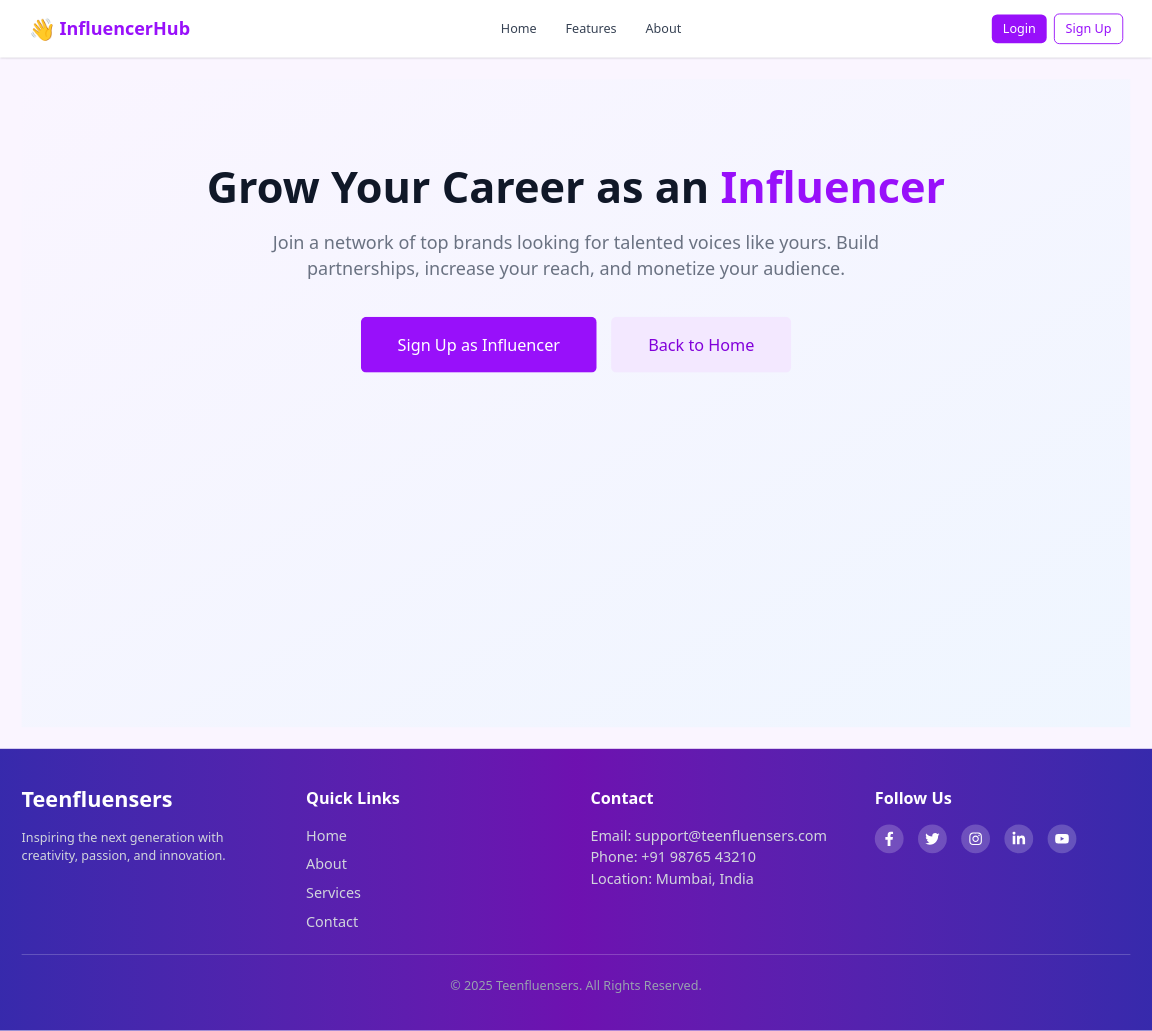
Repository: dhanbyte/teenfluencer
Page: /influencerhome
The author's editor kept a copy of each file at every save. The page is drawn from the files as they stood at one save, then again after the next save.
The browser window is 1280 px wide. The pictures show the whole page, at 90% of full size.
The page's requests for data from a server got no answer. The project was rebuilt for these pictures with package versions that can differ from the ones it lists, and the page was loaded fresh each time. Some packages were replaced by stand-ins written for this rebuild. The framework's server and built-in components were replaced by stand-ins that run in the browser. No one was signed in, and anything a server would have sent is missing. Also part of the build but not shown: next.config.ts.

Above is the page before, as saved 2025-08-13 00:22:55.

### app/layout.tsx
// app/layout.tsx
import { ClerkProvider } from '@clerk/nextjs'
import './globals.css'
import PublicNavbar from '@/Components/Public/Public-navbar'
import Footer from '@/Components/Public/Footer'

export default function RootLayout({
  children,
}: {
  children: React.ReactNode
}) {
  return (
    <ClerkProvider>
      <html lang="en">
        <PublicNavbar />
        <body>{children}</body>
        <Footer />
      </html>
    </ClerkProvider>
  )
}

### app/(influencer)/layout.tsx
// app/influencer/layout.tsx
import React from "react";
import { ClerkProvider } from "@clerk/nextjs";
import "../(public)/globals.css";
export default function InfluencerLayout({ children }: { children: React.ReactNode }) {
  return (
    <html lang="en">

      <body className="min-h-screen flex flex-col bg-purple-50">

        <main className="flex-1 p-6"> <ClerkProvider>{children}</ClerkProvider></main>
      </body>
    </html>
  );
}

### app/(influencer)/(Pages)/influencerhome/page.tsx
"use client";
import { useUser, useClerk } from '@clerk/nextjs';
import { useRouter } from 'next/navigation';
import Link from "next/link";

function InfluencerHomePage() {
  const { isSignedIn, user } = useUser();
  const { openSignUp } = useClerk();
  const router = useRouter();

  const handleSignUpClick = () => {
    if (isSignedIn) {
      router.push('/influencer');
    } else {
      openSignUp({
        afterSignUpUrl: '/influencer',
        afterSignInUrl: '/influencer'
      });
    }
  };

  if (!isSignedIn) {
    return (
      <div className="min-h-screen bg-gradient-to-br from-purple-50 to-blue-50">
        <div className="max-w-7xl mx-auto px-4 sm:px-6 lg:px-8 py-16 md:py-24">
          <div className="text-center">
            <h1 className="text-4xl md:text-5xl font-bold text-gray-900 mb-6">
              Grow Your Career as an <span className="text-purple-600">Influencer</span>
            </h1>
            <p className="mt-3 max-w-md mx-auto text-lg text-gray-500 sm:text-xl md:mt-5 md:max-w-3xl">
              Join a network of top brands looking for talented voices like yours.
              Build partnerships, increase your reach, and monetize your audience.
            </p>
            <div className="mt-10 flex flex-col sm:flex-row justify-center gap-4">
              <button
                onClick={handleSignUpClick}
                className="px-8 py-3 border border-transparent text-base font-medium rounded-md text-white bg-purple-600 hover:bg-purple-700 md:py-4 md:text-lg md:px-10"
              >
                {isSignedIn ? 'Go to Dashboard' : 'Sign Up as Influencer'}
              </button>
              <Link
                href="/"
                className="px-8 py-3 border border-transparent text-base font-medium rounded-md text-purple-700 bg-purple-100 hover:bg-purple-200 md:py-4 md:text-lg md:px-10"
              >
                Back to Home
              </Link>
            </div>
          </div>
        </div>
      </div>
    );
  }

  // For signed-in users
  return (
    <div className="min-h-screen bg-gradient-to-br from-purple-50 to-blue-50">
      <div className="max-w-7xl mx-auto px-4 sm:px-6 lg:px-8 py-8">


        <div className="text-center mt-10">
          <h1 className="text-4xl md:text-5xl font-bold text-gray-900 mb-6">
            Welcome, <span className="text-purple-600">{user?.firstName || 'Influencer'}</span>
          </h1>
          <p className="mt-3 max-w-md mx-auto text-lg text-gray-500 sm:text-xl md:mt-5 md:max-w-3xl">
            Ready to find your next brand partnership?
          </p>

          <div className="mt-16 grid gap-8 md:grid-cols-3">
            {/* Dashboard Cards */}
            <div className="bg-white p-6 rounded-lg shadow-md hover:shadow-lg transition-shadow">
              <h3 className="text-xl font-semibold mb-3">Your Profile</h3>
              <p className="text-gray-600 mb-4">
                Complete your profile to get more brand deals
              </p>
              <Link
                href="/influencer/profile"
                className="text-purple-600 hover:text-purple-800 font-medium"
              >
                Edit Profile →
              </Link>
            </div>

            <div className="bg-white p-6 rounded-lg shadow-md hover:shadow-lg transition-shadow">
              <h3 className="text-xl font-semibold mb-3">Available Campaigns</h3>
              <p className="text-gray-600 mb-4">
                Browse brand campaigns looking for influencers
              </p>
              <Link
                href="/influencer/campaigns"
                className="text-purple-600 hover:text-purple-800 font-medium"
              >
                View Campaigns →
              </Link>
            </div>

            <div className="bg-white p-6 rounded-lg shadow-md hover:shadow-lg transition-shadow">
              <h3 className="text-xl font-semibold mb-3">Your Analytics</h3>
              <p className="text-gray-600 mb-4">
                Track your performance and earnings
              </p>
              <Link
                href="/influencer/analytics"
                className="text-purple-600 hover:text-purple-800 font-medium"
              >
                View Analytics →
              </Link>
            </div>
          </div>
        </div>
      </div>
    </div>
  );
}

export default InfluencerHomePage;

### Components/Public/Public-navbar.tsx
"use client";
import Link from "next/link";
import { useState } from "react";
import { FaBars, FaTimes } from "react-icons/fa";

export default function PublicNavbar() {
  const [isOpen, setIsOpen] = useState(false);

  return (
    <nav className="bg-white shadow-sm sticky top-0 z-50">
      <div className="max-w-7xl mx-auto px-4 sm:px-6 lg:px-8">
        <div className="flex justify-between h-16 items-center">
          {/* Logo/Title - Shows icon on small screens */}
          <div className="flex-shrink-0 flex items-center">
            <Link href="/" className="flex items-center">
              <span className="text-2xl mr-1">👋</span>
              <span className="hidden sm:inline text-xl font-bold text-purple-600">
                InfluencerHub
              </span>
            </Link>
          </div>

          {/* Desktop Navigation - hidden on mobile */}
          <div className="hidden md:flex items-center space-x-2">
            <Link
              href="home"
              className="px-3 py-2 text-sm font-medium text-gray-700 hover:text-purple-600"
            >
              Home
            </Link>
            <Link
              href="services"
              className="px-3 py-2 text-sm font-medium text-gray-700 hover:text-purple-600"
            >
              Features
            </Link>
            <Link
              href="about"
              className="px-3 py-2 text-sm font-medium text-gray-700 hover:text-purple-600"
            >
              About
            </Link>
          </div>

          {/* Auth Buttons - changes size based on screen */}
          <div className="hidden md:flex items-center space-x-2">
            <button className="px-3 py-1.5 text-xs sm:text-sm font-medium rounded-md text-white bg-purple-600 hover:bg-purple-700">
              Login
            </button>
            <button className="px-3 py-1.5 text-xs sm:text-sm font-medium rounded-md text-purple-600 border border-purple-600 hover:bg-purple-50">
              Sign Up
            </button>
          </div>

          {/* Mobile menu button - shows only on mobile */}
          <div className="md:hidden flex items-center">
            <button
              onClick={() => setIsOpen(!isOpen)}
              className="inline-flex items-center justify-center p-2 rounded-md text-gray-700 hover:text-purple-600 focus:outline-none"
            >
              {isOpen ? (
                <FaTimes className="h-5 w-5" />
              ) : (
                <FaBars className="h-5 w-5" />
              )}
            </button>
          </div>
        </div>
      </div>

      {/* Mobile menu - shows when hamburger is clicked */}
      <div className={`md:hidden ${isOpen ? "block" : "hidden"} bg-white pb-3`}>
        <div className="px-2 pt-2 space-y-1">
          <Link
            href="home"
            className="block px-3 py-2 rounded-md text-base font-medium text-gray-700 hover:text-purple-600 hover:bg-purple-50"
          >
            Home
          </Link>
          <Link
            href="services"
            className="block px-3 py-2 rounded-md text-base font-medium text-gray-700 hover:text-purple-600 hover:bg-purple-50"
          >
            Features
          </Link>
          <Link
            href="about"
            className="block px-3 py-2 rounded-md text-base font-medium text-gray-700 hover:text-purple-600 hover:bg-purple-50"
          >
            About
          </Link>
        </div>
        <div className="px-2 pt-2 space-y-1">
          <button className="w-full px-3 py-2 rounded-md text-base font-medium text-white bg-purple-600 hover:bg-purple-700">
            Login
          </button>
          <button className="w-full px-3 py-2 rounded-md text-base font-medium text-purple-600 border border-purple-600 hover:bg-purple-50">
            Sign Up
          </button>
        </div>
      </div>
    </nav>
  );
}

### Components/Public/Footer.tsx
/* eslint-disable @next/next/no-html-link-for-pages */
import { FaFacebookF, FaTwitter, FaInstagram, FaLinkedinIn, FaYoutube } from "react-icons/fa";

export default function Footer() {
  return (
    <footer className="bg-gradient-to-r from-indigo-800 via-purple-800 to-indigo-800 text-white">
      <div className="max-w-7xl mx-auto px-6 py-10">

        {/* Top Section */}
        <div className="grid grid-cols-1 md:grid-cols-4 gap-8">

          {/* Brand Info */}
          <div>
            <h2 className="text-2xl font-bold mb-4">Teenfluensers</h2>
            <p className="text-sm text-gray-300">
              Inspiring the next generation with creativity, passion, and innovation.
            </p>
          </div>

          {/* Quick Links */}
          <div>
            <h3 className="text-lg font-semibold mb-4">Quick Links</h3>
            <ul className="space-y-2 text-gray-300">
              <li><a href="/" className="hover:text-white transition">Home</a></li>
              <li><a href="/about" className="hover:text-white transition">About</a></li>
              <li><a href="/services" className="hover:text-white transition">Services</a></li>
              <li><a href="/contact" className="hover:text-white transition">Contact</a></li>
            </ul>
          </div>

          {/* Contact Info */}
          <div>
            <h3 className="text-lg font-semibold mb-4">Contact</h3>
            <p className="text-gray-300">Email: support@teenfluensers.com</p>
            <p className="text-gray-300">Phone: +91 98765 43210</p>
            <p className="text-gray-300">Location: Mumbai, India</p>
          </div>

          {/* Social Media */}
          <div>
            <h3 className="text-lg font-semibold mb-4">Follow Us</h3>
            <div className="flex space-x-4">
              <a href="#" className="p-2 bg-white/20 rounded-full hover:bg-white/30 transition">
                <FaFacebookF />
              </a>
              <a href="#" className="p-2 bg-white/20 rounded-full hover:bg-white/30 transition">
                <FaTwitter />
              </a>
              <a href="#" className="p-2 bg-white/20 rounded-full hover:bg-white/30 transition">
                <FaInstagram />
              </a>
              <a href="#" className="p-2 bg-white/20 rounded-full hover:bg-white/30 transition">
                <FaLinkedinIn />
              </a>
              <a href="#" className="p-2 bg-white/20 rounded-full hover:bg-white/30 transition">
                <FaYoutube />
              </a>
            </div>
          </div>

        </div>

        {/* Divider */}
        <div className="border-t border-white/20 my-6"></div>

        {/* Bottom Section */}
        <div className="text-center text-gray-400 text-sm">
          © {new Date().getFullYear()} Teenfluensers. All Rights Reserved.
        </div>
      </div>
    </footer>
  );
}

### Components/(Infuencer)/influencerNavbar.tsx
    import { UserButton } from "@clerk/nextjs";
import Link from "next/link";
import { useState, useEffect } from "react";
import { FiMenu, FiX, FiHome, FiUser, FiSettings, FiDollarSign, FiMessageSquare } from "react-icons/fi";

export default function InfluencerNavbar() {
  const [isOpen, setIsOpen] = useState(false);
  const [isMobile, setIsMobile] = useState(false);

  useEffect(() => {
    const handleResize = () => {
      setIsMobile(window.innerWidth < 768);
    };

    handleResize(); // Check initial size
    window.addEventListener("resize", handleResize);
    return () => window.removeEventListener("resize", handleResize);
  }, []);

  const toggleSidebar = () => setIsOpen(!isOpen);

  return (
    <>
      {/* Top Navbar */}
      <nav className="fixed top-0 left-0 right-0 bg-white shadow-md z-50 p-4 flex justify-between items-center">
        {/* Left side - Menu button and logo */}
        <div className="flex items-center space-x-4">
          <button
            onClick={toggleSidebar}
            className="md:hidden text-gray-700 focus:outline-none"
          >
            {isOpen ? <FiX size={24} /> : <FiMenu size={24} />}
          </button>
          <Link href="/" className="text-xl font-bold text-pink-600">
            TeenFluencer
          </Link>
        </div>

        {/* Right side - User button */}
        <div className="flex items-center space-x-4">
          <UserButton afterSignOutUrl="/" />
        </div>
      </nav>

      {/* Slide-out Sidebar */}
      <div
        className={`fixed top-0 left-0 h-full bg-white shadow-lg z-40 transition-all duration-300 ease-in-out
          ${isOpen ? "translate-x-0 w-64" : "-translate-x-full w-0"}
          md:translate-x-0 md:w-64`}
      >
        <div className="h-full pt-16 pb-4 overflow-y-auto">
          {/* Clerk User Button in Sidebar (hidden on desktop) */}
          <div className="md:hidden p-4 flex justify-center">
            <UserButton afterSignOutUrl="/" />
          </div>

          {/* Navigation Links */}
          <nav className="mt-6">
            <NavItem href="/" icon={<FiHome size={isMobile ? 20 : 24} />} text="Home" />
            <NavItem href="/profile" icon={<FiUser size={isMobile ? 20 : 24} />} text="Profile" />
            <NavItem href="/earnings" icon={<FiDollarSign size={isMobile ? 20 : 24} />} text="Earnings" />
            <NavItem href="/messages" icon={<FiMessageSquare size={isMobile ? 20 : 24} />} text="Messages" />
            <NavItem href="/settings" icon={<FiSettings size={isMobile ? 20 : 24} />} text="Settings" />
          </nav>
        </div>
      </div>

      {/* Overlay for mobile */}
      {isOpen && (
        <div
          className="fixed inset-0 bg-black bg-opacity-50 z-30 md:hidden"
          onClick={toggleSidebar}
        />
      )}
    </>
  );
}

function NavItem({ href, icon, text }: { href: string; icon: React.ReactNode; text: string }) {
  return (
    <Link
      href={href}
      className="flex items-center px-6 py-3 text-gray-700 hover:bg-pink-50 hover:text-pink-600 transition-colors"
    >
      <span className="mr-3">{icon}</span>
      <span className="text-sm md:text-base">{text}</span>
    </Link>
  );
}

Loaded but not shown: app/globals.css (common file); app/(public)/globals.css (common file)

After the next save:
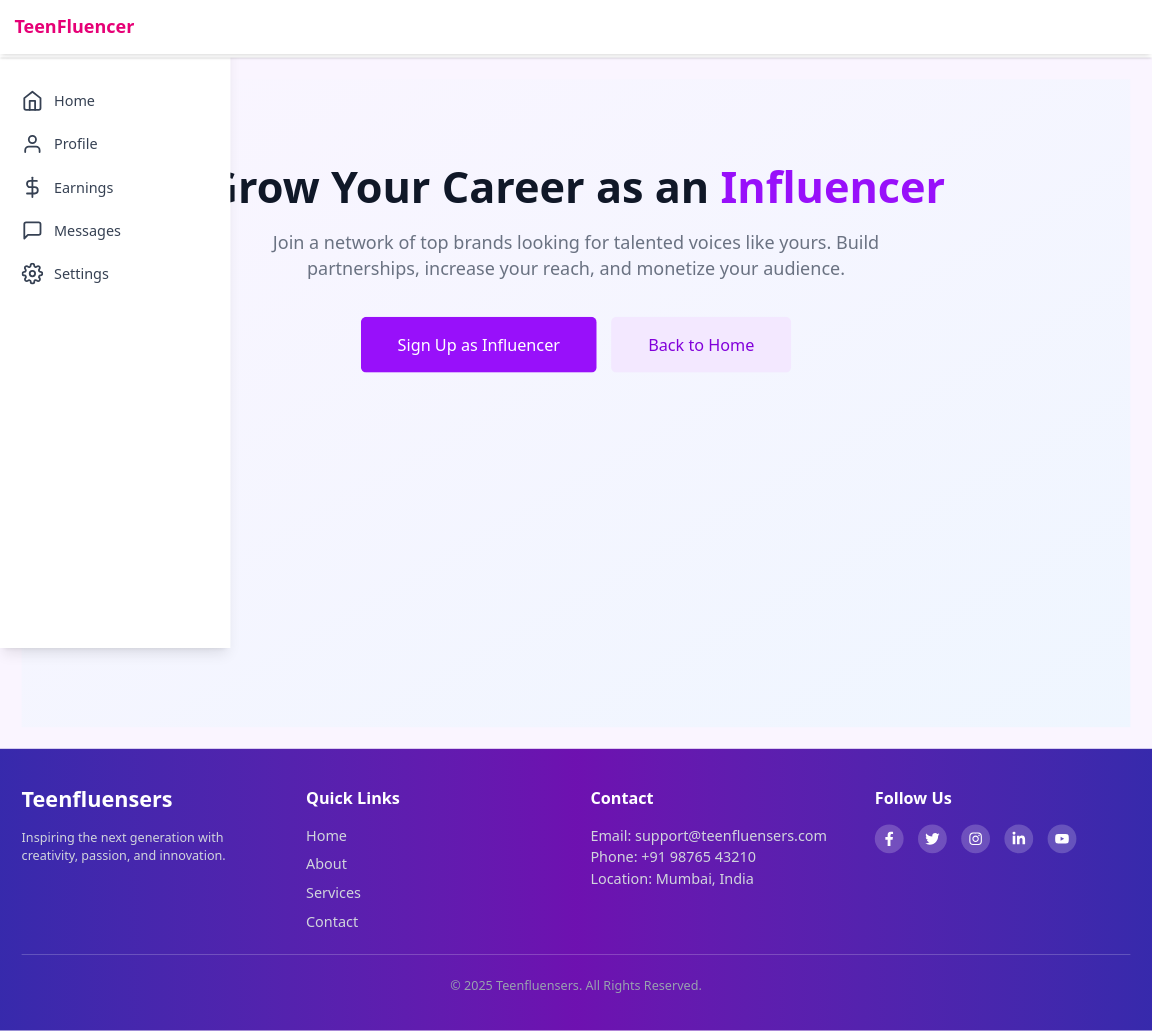
Saved 43 s later.
--- a/app/(influencer)/layout.tsx
+++ b/app/(influencer)/layout.tsx
@@ -2,13 +2,17 @@
 import React from "react";
 import { ClerkProvider } from "@clerk/nextjs";
 import "../(public)/globals.css";
+import InfluencerNavbar from "@/Components/(Infuencer)/influencerNavbar";
 export default function InfluencerLayout({ children }: { children: React.ReactNode }) {
   return (
     <html lang="en">
 
       <body className="min-h-screen flex flex-col bg-purple-50">
 
-        <main className="flex-1 p-6"> <ClerkProvider>{children}</ClerkProvider></main>
+        <main className="flex-1 p-6"> <ClerkProvider>
+          <InfluencerNavbar />
+          {children}
+          </ClerkProvider></main>
       </body>
     </html>
   );
